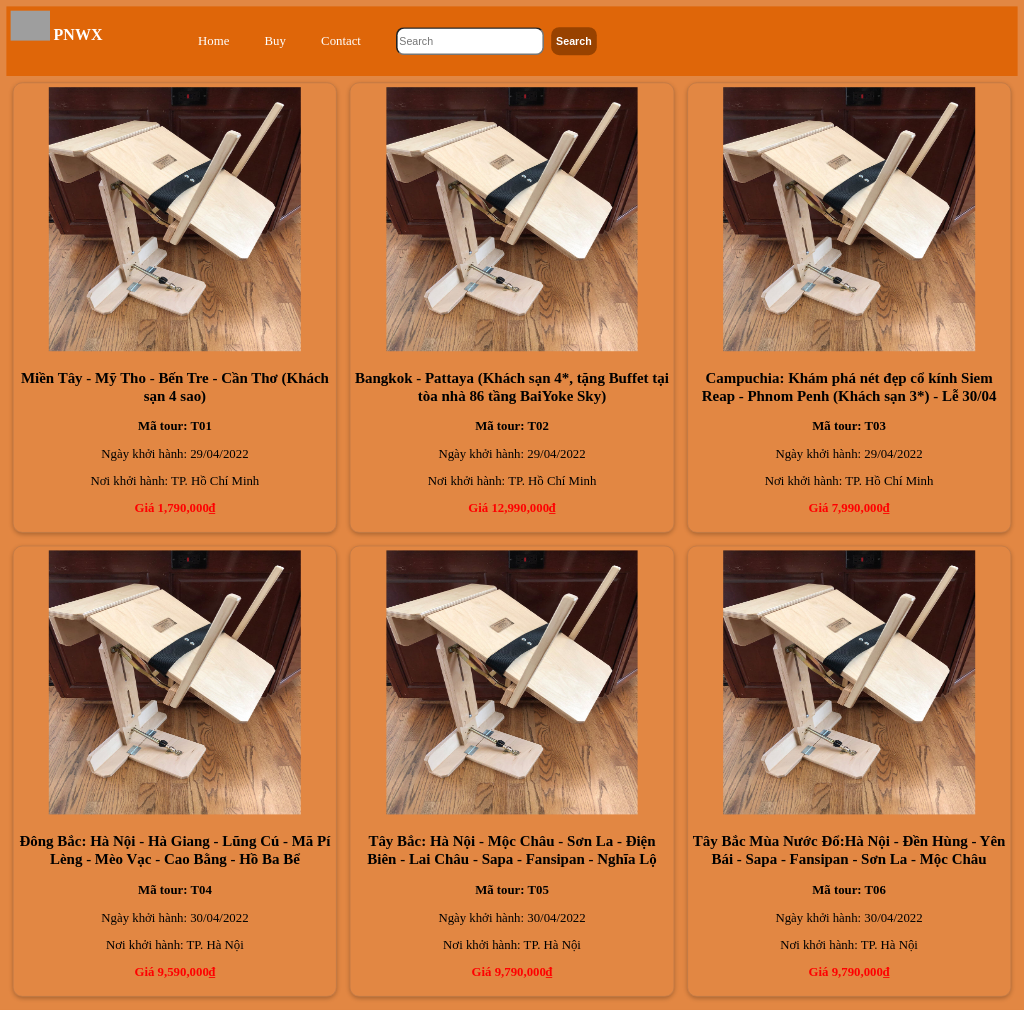
Repository: meiming24/meiming24.github.io
Page: index.html
An editor plug-in stored every save of this project. The page is shown before and after the next save, followed by the edit.
The browser window is 1280 px wide. The pictures show the whole page, at 80% of full size.
Pictures or frames that could not be fetched are drawn as grey boxes.

Above is the page before, as saved 2022-05-10 00:01:31.

After the next save:
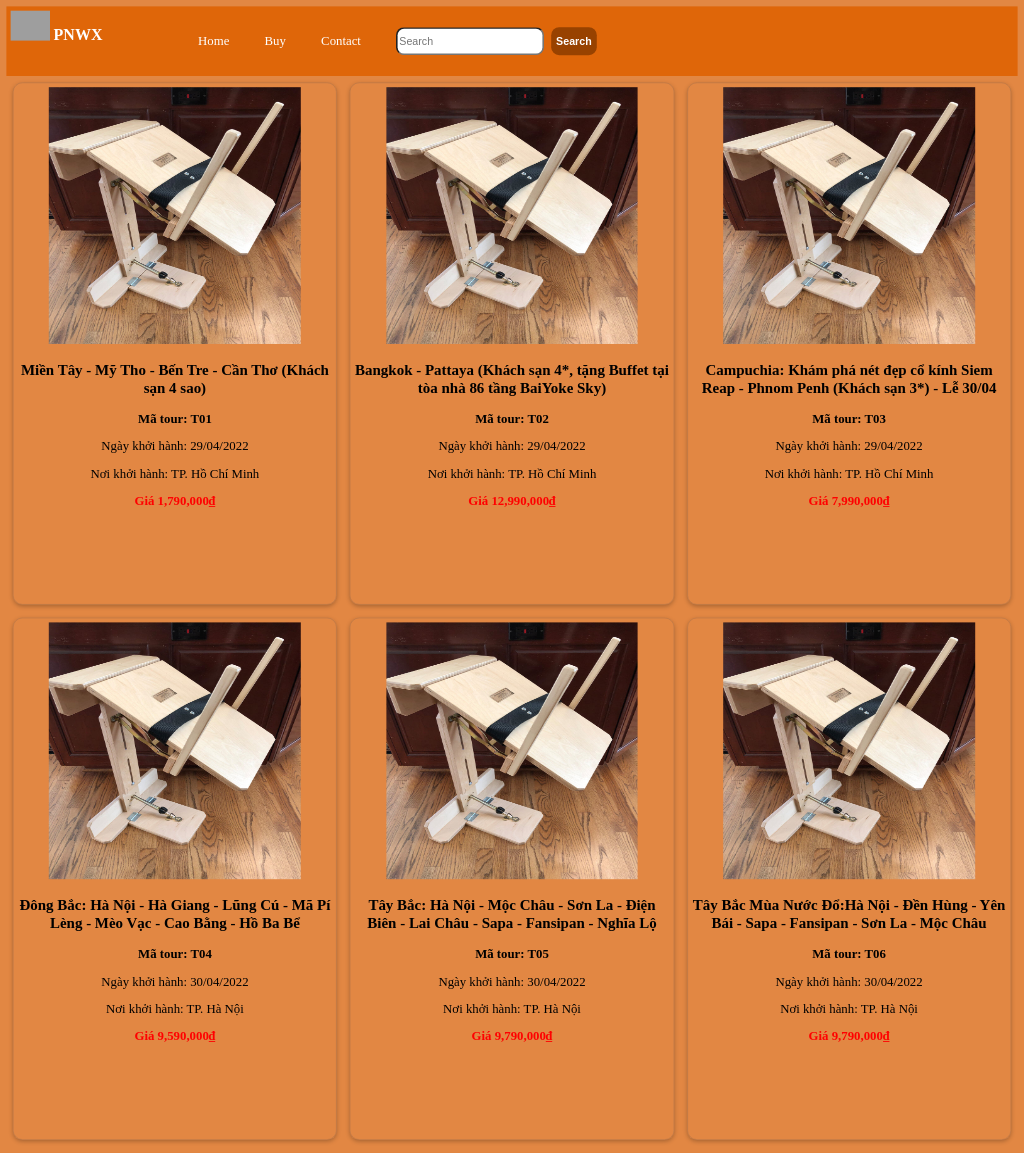
Saved 11 s later.
--- a/index.css
+++ b/index.css
@@ -101,7 +101,7 @@ body {
     flex-flow: wrap;
 }
 .content img {
-    height: 330px;
+    height: 50%;
     width: 80%;
 }
 .content .item {
